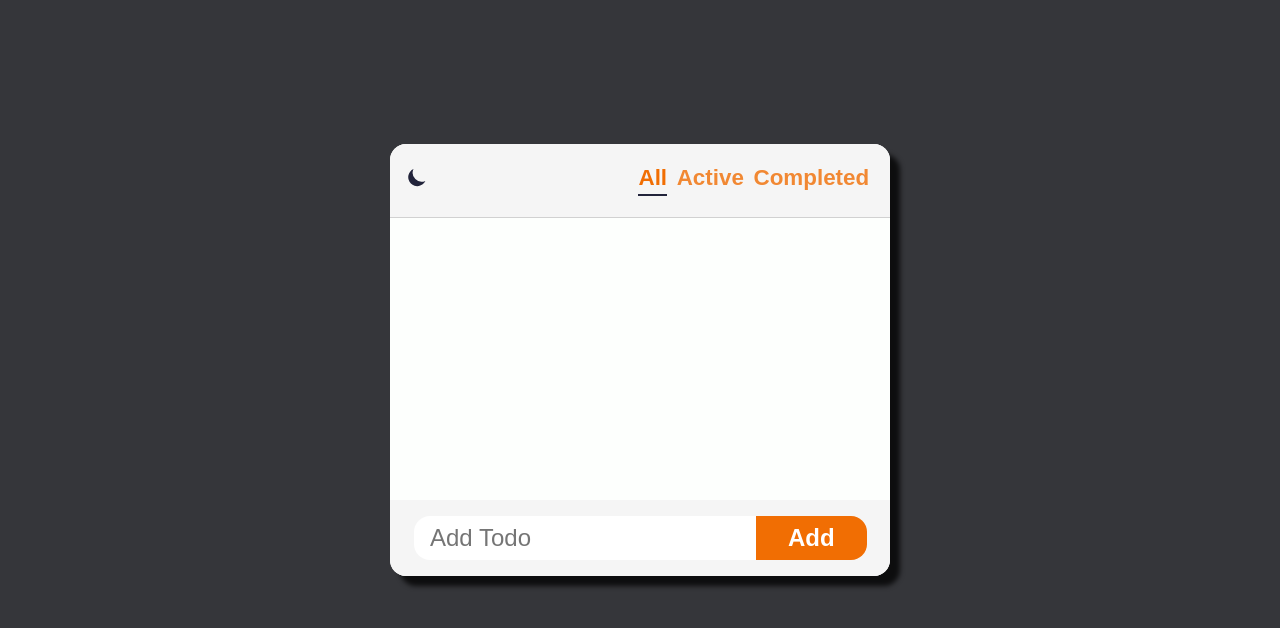
Repository: MrJinkyu/TodoList
Page: /
These files come from the project's save history. The page is drawn as it stood at one moment and after the next save; the edit follows.
The browser window is 1280 px wide. The pictures show the whole page.
The project was rebuilt for these pictures with package versions that can differ from the ones it lists, and the page was loaded fresh each time. Also part of the build but not shown: src/components/Todo.module.css, src/components/Todo.jsx.

Above is the page before, as saved 2023-05-01 15:45:33.

After the next save:
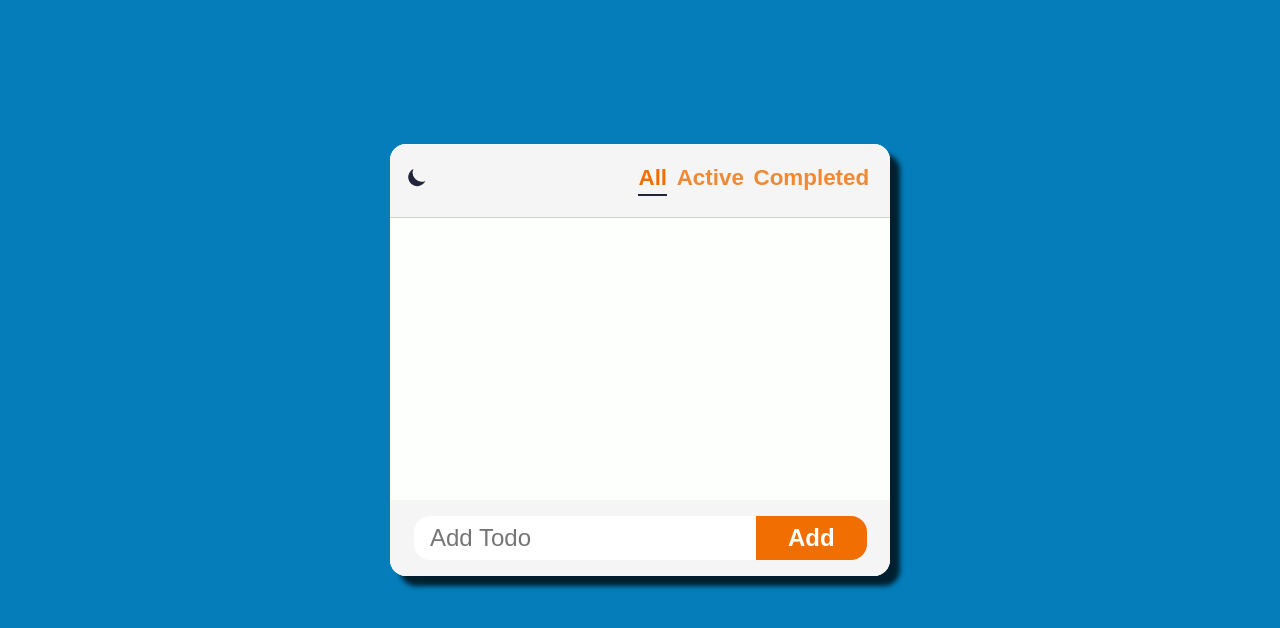
Saved 10 min 19 s later.
--- a/src/index.css
+++ b/src/index.css
@@ -1,5 +1,5 @@
 :root{
-  --color-body: #35363A;
+  --color-body: #047dba;
   --color-bg-dark:#f5f5f5;
   --color-bg: #fdfffd;
   --color-grey: #d1d1d1;
